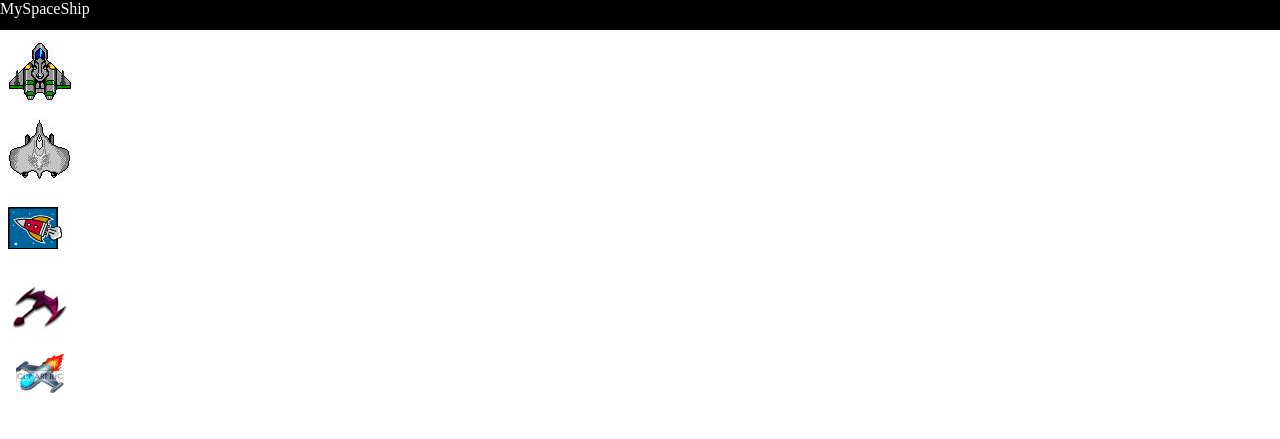
Repository: eudesf/MySpaceShip
Page: MySpaceShip/WebContent/formlayoutajaxtabs.html
An editor plug-in stored every save of this project. The page is shown before and after the next save, followed by the edit.
The browser window is 1280 px wide. The pictures show the whole page.
Pictures or frames that could not be fetched are drawn as grey boxes.

Above is the page before, as saved 2012-03-20 18:56:07.

### MySpaceShip/WebContent/formlayoutajaxtabs.html
<!DOCTYPE html>

<html>
	<head>
		<meta charset="UTF-8">

		<title>MySpaceShip</title>

		<link rel="stylesheet" href="css/jquery-ui/ui-lightness/jquery-ui-1.8.18.custom.css" type="text/css" media="screen"/>
		<link rel="stylesheet" href="css/mainlayout.css" type="text/css" media="screen"/>
		<link rel="stylesheet" href="css/formlayout.css" type="text/css" media="screen"/>

		<script type="text/javascript" src="js/libs/css3-mediaqueries.js"></script>
		<script type="text/javascript" src="js/libs/jquery-1.7.1.min.js"></script>
		<script type="text/javascript" src="js/libs/jquery-ui-1.8.18.custom.min.js"></script>

		<script>
			$(function() {
				$("a.load-article").click(function() {
					$.get($(this).data("article"), function(data) {
						$("section").html(data);
						applyPlugins("article");

					}, "html");
				});
				$("a.clean-article").click(function() {
					$("section").empty();
				});

				function applyPlugins(container) {
					container = $(container);
					$(".autonumeric", container).autoNumeric();
					$(".datepicker", container).datepicker({
						showOn: "button",
						buttonImage: "images/calendar.gif",
						buttonImageOnly: true
					});
					$("button").button();
				}

			});
		</script>
	</head>
	<body>

		<header>
			<h2>MySpaceShip</h2>
		</header>

		<nav>
			<a href="javascript:void(0)" class="load-article" data-article="articles/simpleform.html">
				<img src="images/ship1.jpg" alt="ship 1 - Simple Form"/>
			</a>
			<a href="javascript:void(0)" class="load-article" data-article="articles/simpleform2.html">
				<img src="images/ship2.jpg" alt="ship 2"/>
			</a>
			<a href="javascript:void(0)" class="load-article" data-article="articles/othercomps.html">
				<img src="images/ship3.jpg" alt="ship 3"/>
			</a>
			<a href="javascript:void(0)" class="load-article" data-article="articles/testingtabs.html">
				<img src="images/ship4.jpg" alt="ship 4"/>
			</a>
			<a href="javascript:void(0)" class="clean-article">
				<img src="images/ship5.jpg" alt="ship 5"/>
			</a>
		</nav>

		<section>
			<div id="tabs">
			</div>
		</section>

	</body>

	<!-- post-loading plugins -->
	<script type="text/javascript" src="js/libs/autonumeric-1.7.4.js"></script>

</html>

### MySpaceShip/WebContent/css/mainlayout.css
/* reset from YUI 3 */
html{color:#000;background:#FFF;}body,div,dl,dt,dd,ul,ol,li,h1,h2,h3,h4,h5,h6,pre,code,form,fieldset,legend,input,textarea,p,blockquote,th,td{margin:0;padding:0;}table{border-collapse:collapse;border-spacing:0;}fieldset,img{border:0;}address,caption,cite,code,dfn,em,strong,th,var{font-style:normal;font-weight:normal;}li{list-style:none;}caption,th{text-align:left;}h1,h2,h3,h4,h5,h6{font-size:100%;font-weight:normal;}q:before,q:after{content:'';}abbr,acronym{border:0;font-variant:normal;}sup{vertical-align:text-top;}sub{vertical-align:text-bottom;}input,textarea,select{font-family:inherit;font-size:inherit;font-weight:inherit;}input,textarea,select{*font-size:100%;}legend{color:#000;}

@media screen and (min-width: 650px) {
	header {
		background: #000;
		color: #fff;
		height: 30px
	}

	nav {
		float: left;
		width: 80px;
	}

	nav a {
		display: block;
		text-align: center;
		padding-top: 10px;
	}

	section {
		position: absolute;
		left: 80px;
		right: 0px;
		top: 30px;
		bottom: 45px;
	}

	article {
		margin: 10px;
		border: 1px solid gray;
		padding: 10px 10px 10px 0;

		-moz-border-radius: 4px;
		-webkit-border-radius: 4px;
		border-radius: 4px;

		-moz-box-shadow:    2px 2px 3px 1px #ccc;
		-webkit-box-shadow: 2px 2px 3px 1px #ccc;
		box-shadow:         2px 2px 3px 1px #ccc;

		height: 100%;
	}

	article header {
		background: white;
		border: 0;
		color: black;
		font-size: 14;
		font-weight: bold;
		text-align: center;
	}
}

### MySpaceShip/WebContent/css/formlayout.css
@media screen and (min-width: 550px) {

	form, form div {
		letter-spacing: -7px;
	}

	form *, form div * {
		letter-spacing: 0;
	}

	form div {
		display: inline-block;
		position: relative;
		margin-top: 5px;
	}

	form label {
		display: inline-block;
		width: 30%;
		vertical-align: middle;
		padding: 0 0 0 10px;

		border: 0;
		-webkit-box-sizing: border-box;
		-moz-box-sizing: border-box;
		box-sizing: border-box;
	}

	form input, form select {
		-webkit-box-sizing: border-box;
		-moz-box-sizing: border-box;
		box-sizing: border-box;

		position: relative;
		width: 70%;
	}

	form input, form select, form img, form button {
		vertical-align: middle;
	}


	form.labelw20p > label {
		width: 20%;
	}

	form .w5p, form .w10p, form .w15p, form .w20p, form .w25p, form .w30p,
	form .w35p, form .w40p, form .w45p, form .w50p, form .w55p, form .w60p,
	form .w65p, form .w70p, form .w75p, form .w80p, form .w85p, form .w90p
	form .w95p, form .w100p {
		margin: 0;
	}

	form .w5p 	{ width: 5%;  }
	form .w10p 	{ width: 10%; }
	form .w15p 	{ width: 15%; }
	form .w20p 	{ width: 20%; }
	form .w25p 	{ width: 25%; }
	form .w30p 	{ width: 30%; }
	form .w35p 	{ width: 35%; }
	form .w40p  { width: 40%; }
	form .w45p 	{ width: 45%; }
	form .w50p 	{ width: 50%; }
	form .w55p 	{ width: 55%; }
	form .w60p 	{ width: 60%; }
	form .w65p 	{ width: 65%; }
	form .w70p 	{ width: 70%; }
	form .w75p 	{ width: 75%; }
	form .w80p 	{ width: 80%; }
	form .w85p  { width: 85%; }
	form .w90p	{ width: 90%; }
	form .w95p	{ width: 95%; }
	form .w100p { width: 100%;}

	/* jquery ui adjusts */
	img.ui-datepicker-trigger {
		width: 5%;
	}
	input.datepicker {
		width: 65%;
	}
	.ui-widget {
		font-size: 12px;
		font-weight: normal;
	}
}

@media screen and (max-width: 550px) {
	label, input {
		display: block;
		width: 95%;
	}
	article {
		margin-left: 10px;
	}
}

Loaded but not shown: MySpaceShip/WebContent/css/jquery-ui/ui-lightness/jquery-ui-1.8.18.custom.css (library); MySpaceShip/WebContent/js/libs/css3-mediaqueries.js (library); MySpaceShip/WebContent/js/libs/jquery-1.7.1.min.js (library); MySpaceShip/WebContent/js/libs/jquery-ui-1.8.18.custom.min.js (library); MySpaceShip/WebContent/js/libs/autonumeric-1.7.4.js (library)

After the next save:
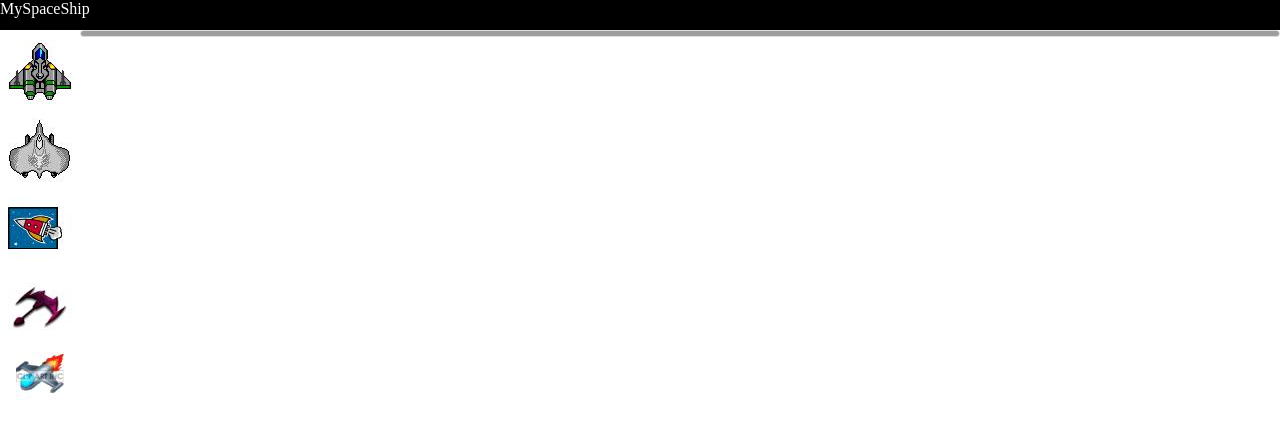
Saved 37 s later.
--- a/MySpaceShip/WebContent/formlayoutajaxtabs.html
+++ b/MySpaceShip/WebContent/formlayoutajaxtabs.html
@@ -38,6 +38,7 @@
 					$("button").button();
 				}
 
+				$("#tabs").tabs();
 			});
 		</script>
 	</head>
